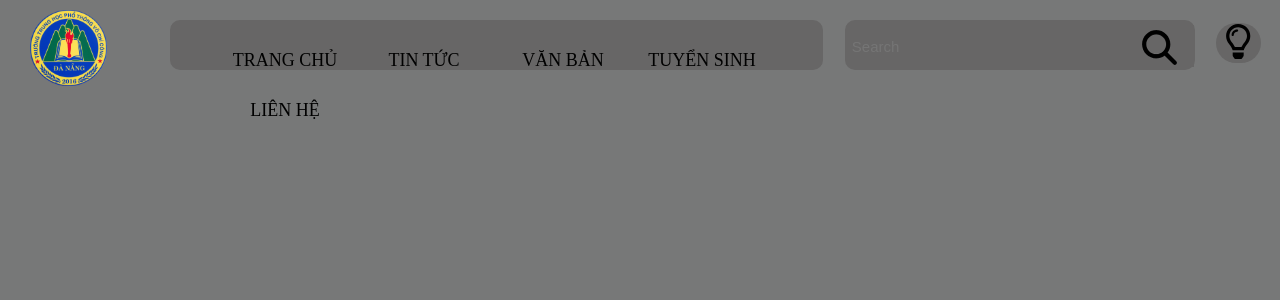
Repository: dphasst17/THPTVCC
Page: document/document.html
The author's editor kept a copy of each file at every save. The page is drawn from the files as they stood at one save, then again after the next save.
The browser window is 1280 px wide. The pictures show the whole page.

Above is the page before, as saved 2022-10-10 20:07:05.

### document/document.html
<!DOCTYPE html>
<html lang="en">
<head>
    <meta charset="UTF-8">
    <meta http-equiv="X-UA-Compatible" content="IE=edge">
    <meta name="viewport" content="width=device-width, initial-scale=1.0">
    <link rel="stylesheet" href="./document.css">
    <title>Document</title>
</head>
<body>
    <header>
        <div class="logo">
            <a href="#">
                <img src="../img/logo.png" alt="">
            </a>
        </div>
        <div class="nav">
            <ul>
                <li><a href="../index.html">TRANG CHỦ</a></li>
                <li><a href="../new/new.html">TIN TỨC</a></li>
                <li><a href="../document/document.html">VĂN BẢN</a></li>
                <li><a href="../admissions/admissions.html">TUYỂN SINH</a></li>
                <li><a href="../index.html/#contact">LIÊN HỆ</a></li>
            </ul>
        </div>
        <div class="search">
            <input placeholder="Search" spellCheck="false"/>
            <div class="icon-search">
                <svg xmlns="http://www.w3.org/2000/svg" viewBox="0 0 512 512"><path d="M416 208c0 45.9-14.9 88.3-40 122.7L502.6 457.4c12.5 12.5 12.5 32.8 0 45.3s-32.8 12.5-45.3 0L330.7 376c-34.4 25.2-76.8 40-122.7 40C93.1 416 0 322.9 0 208S93.1 0 208 0S416 93.1 416 208zM208 352c79.5 0 144-64.5 144-144s-64.5-144-144-144S64 128.5 64 208s64.5 144 144 144z"strokeWidth="4" stroke="#fff"/></svg>
            </div>
        </div>
        <div class="user">
            <svg xmlns="http://www.w3.org/2000/svg" viewBox="0 0 448 512">
                <path d="M224 256c70.7 0 128-57.3 128-128S294.7 0 224 0S96 57.3 96 128s57.3 128 128 128zm-45.7 48C79.8 304 0 383.8 0 482.3C0 498.7 13.3 512 29.7 512H418.3c16.4 0 29.7-13.3 29.7-29.7C448 383.8 368.2 304 269.7 304H178.3z"/>
            </svg>
            <div class="user_infor">
                <a href="./login.html">Login</a>
            </div>
        </div>
        <div class="dark_mode">
            <div>
                <button id="dark">
                    <svg xmlns="http://www.w3.org/2000/svg" viewBox="0 0 384 512">
                        <path d="M272 384c9.6-31.9 29.5-59.1 49.2-86.2l0 0c5.2-7.1 10.4-14.2 15.4-21.4c19.8-28.5 31.4-63 31.4-100.3C368 78.8 289.2 0 192 0S16 78.8 16 176c0 37.3 11.6 71.9 31.4 100.3c5 7.2 10.2 14.3 15.4 21.4l0 0c19.8 27.1 39.7 54.4 49.2 86.2H272zM192 512c44.2 0 80-35.8 80-80V416H112v16c0 44.2 35.8 80 80 80zM112 176c0 8.8-7.2 16-16 16s-16-7.2-16-16c0-61.9 50.1-112 112-112c8.8 0 16 7.2 16 16s-7.2 16-16 16c-44.2 0-80 35.8-80 80z"/>
                    </svg>
                </button>
            </div>
            <div>
                <button id="light">
                    <svg xmlns="http://www.w3.org/2000/svg" viewBox="0 0 384 512">
                        <path d="M112.1 454.3c0 6.297 1.816 12.44 5.284 17.69l17.14 25.69c5.25 7.875 17.17 14.28 26.64 14.28h61.67c9.438 0 21.36-6.401 26.61-14.28l17.08-25.68c2.938-4.438 5.348-12.37 5.348-17.7L272 415.1h-160L112.1 454.3zM192 0C90.02 .3203 16 82.97 16 175.1c0 44.38 16.44 84.84 43.56 115.8c16.53 18.84 42.34 58.23 52.22 91.45c.0313 .25 .0938 .5166 .125 .7823h160.2c.0313-.2656 .0938-.5166 .125-.7823c9.875-33.22 35.69-72.61 52.22-91.45C351.6 260.8 368 220.4 368 175.1C368 78.8 289.2 .0039 192 0zM288.4 260.1c-15.66 17.85-35.04 46.3-49.05 75.89h-94.61c-14.01-29.59-33.39-58.04-49.04-75.88C75.24 236.8 64 206.1 64 175.1C64 113.3 112.1 48.25 191.1 48C262.6 48 320 105.4 320 175.1C320 206.1 308.8 236.8 288.4 260.1zM176 80C131.9 80 96 115.9 96 160c0 8.844 7.156 16 16 16S128 168.8 128 160c0-26.47 21.53-48 48-48c8.844 0 16-7.148 16-15.99S184.8 80 176 80z"/>
                    </svg>
                </button>
            </div>
        </div>
    </header>
</body>
</html>

### document/document.css
html{
    scroll-behavior: smooth;
}
body{
    margin:0;
    text-decoration:none;
    background-color:rgb(119, 120, 120);
}
header{
    width:100%;
    height:100px;
    top:0;
    left:0;
    right:0;
    position:relative;
    z-index: 111;
}
.logo img{
    width:6%;
    margin:10px 30px;
    position:absolute;
}
.nav{
    position:absolute;
    width:51%;
    height:50px;
    background-color:rgb(103, 102, 102);
    border-radius:10px;
    margin:20px 170px;
}
.nav ul li{
    display:inline-block;
    width:120px;
    margin-left:15px;
    text-decoration:none;
    line-height: 44px;
    text-align:center;
}
.nav a{
    display:block;
    width:120px;
    height:50px;
    text-decoration:none;
    font-size:18px;
    color:black;
    line-height: 48px;
}
.search{
    width: 350px;
    height: 50px;
    position: absolute;
    background-color: rgb(103, 102, 102);
    margin-left: 66%;
    margin-top:20px;
    border-radius: 10px;
}
.search input{
    width:340px;
    height:40px;
    margin:5px;
    border-style:none;
    background-color:rgb(103, 102, 102);
    color:#fff;
    outline: none;
    font-size:15px;
}
.icon-search{
    position: absolute;
    background-color: transparent;
    border: 0 none;
    width: 10%;
    margin: -12% 85%;
}
.user{
    width:50px;
    height:50px;
    float:right;
    margin:20px 90px;
    border-radius:50px;
    background-color:rgb(103, 102, 102);
}
.user svg{
    width: 60%;
    margin: 5px 10px;
}
.user a{
    color:tan;
    text-decoration:none;
}
.user_infor{
    display:none;
    width:100px;
    height:100px;
    background-color: rgb(103, 102, 102);
    border-radius:10px;
    margin: 10px -25px;
    text-align:center;
}
.user_infor button{
    border:none;
    background-color:rgb(103, 102, 102);
}

#dark{
    width:45px;
    position:absolute;
    border:none;
    background-color:rgb(103, 102, 102);
    display:none;
    margin-top:23px;
    margin-left:95%;
    border-radius:50px;
}
#light{
    width:45px;
    position:absolute;
    border:none;
    background-color:rgb(103, 102, 102);
    display:block;
    margin-top:23px;
    margin-left:95%;
    border-radius:50px;
}
#dark svg{
    width:80%;
}
#light svg{
    width:80%;
}

After the next save:
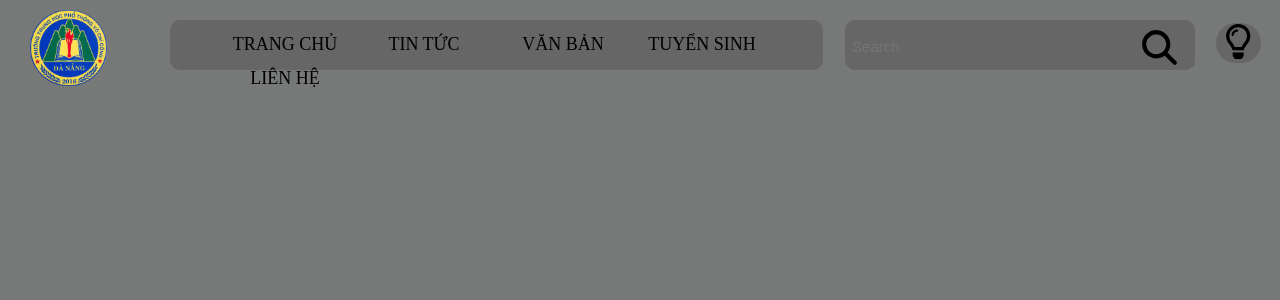
Saved 108 s later.
--- a/document/document.css
+++ b/document/document.css
@@ -31,6 +31,7 @@ header{
 .nav ul li{
     display:inline-block;
     width:120px;
+    margin-top:-10%;
     margin-left:15px;
     text-decoration:none;
     line-height: 44px;
